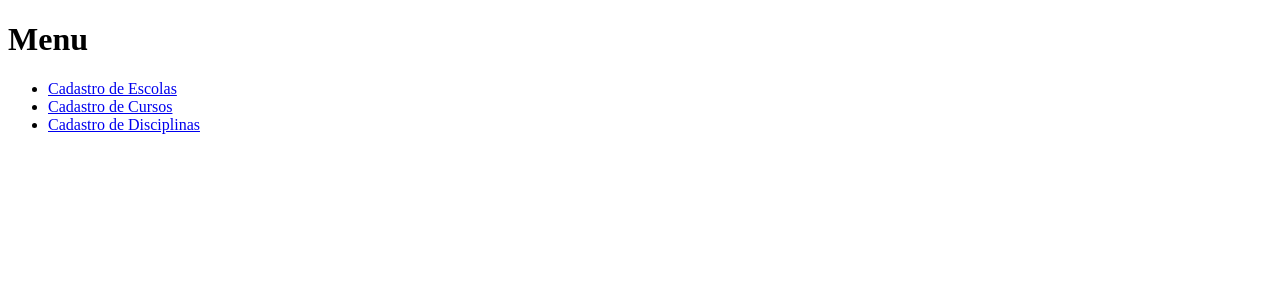
Repository: kelvincarvalho/Desenvolvimento_Java
Page: http://localhost/01_SpringWeb-2/
The author's editor kept a copy of each file at every save. The page is drawn from the files as they stood at one save, then again after the next save.
The browser window is 1280 px wide. The pictures show the whole page.
The page is served by Tomcat 9.

Above is the page before, as saved 2017-10-03 18:35:40.

After the next save:
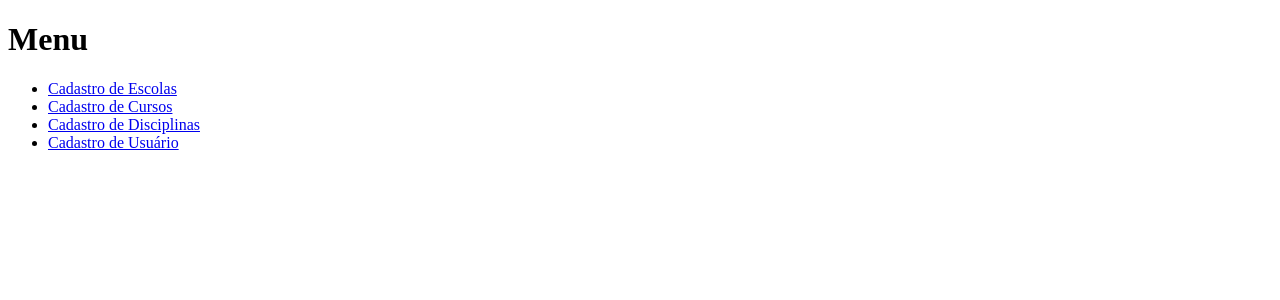
Saved 22 h 17 min later.
--- a/Modulo04/01_SpringWeb/01_SpringWeb-2/WebContent/WEB-INF/views/menu.jsp
+++ b/Modulo04/01_SpringWeb/01_SpringWeb-2/WebContent/WEB-INF/views/menu.jsp
@@ -16,6 +16,7 @@
 		<li><a href=<c:url value="/escola/cadastro"/>>Cadastro de Escolas</a></li>
 		<li><a href=<c:url value="/curso/cadastro"/>>Cadastro de Cursos</a></li>
 		<li><a href=<c:url value="/disciplina/cadastro"/>>Cadastro de Disciplinas</a></li>
+		<li><a href=<c:url value="/usuario/cadastro"/>>Cadastro de Usuário</a></li>
 	</ul>
 
 </body>
